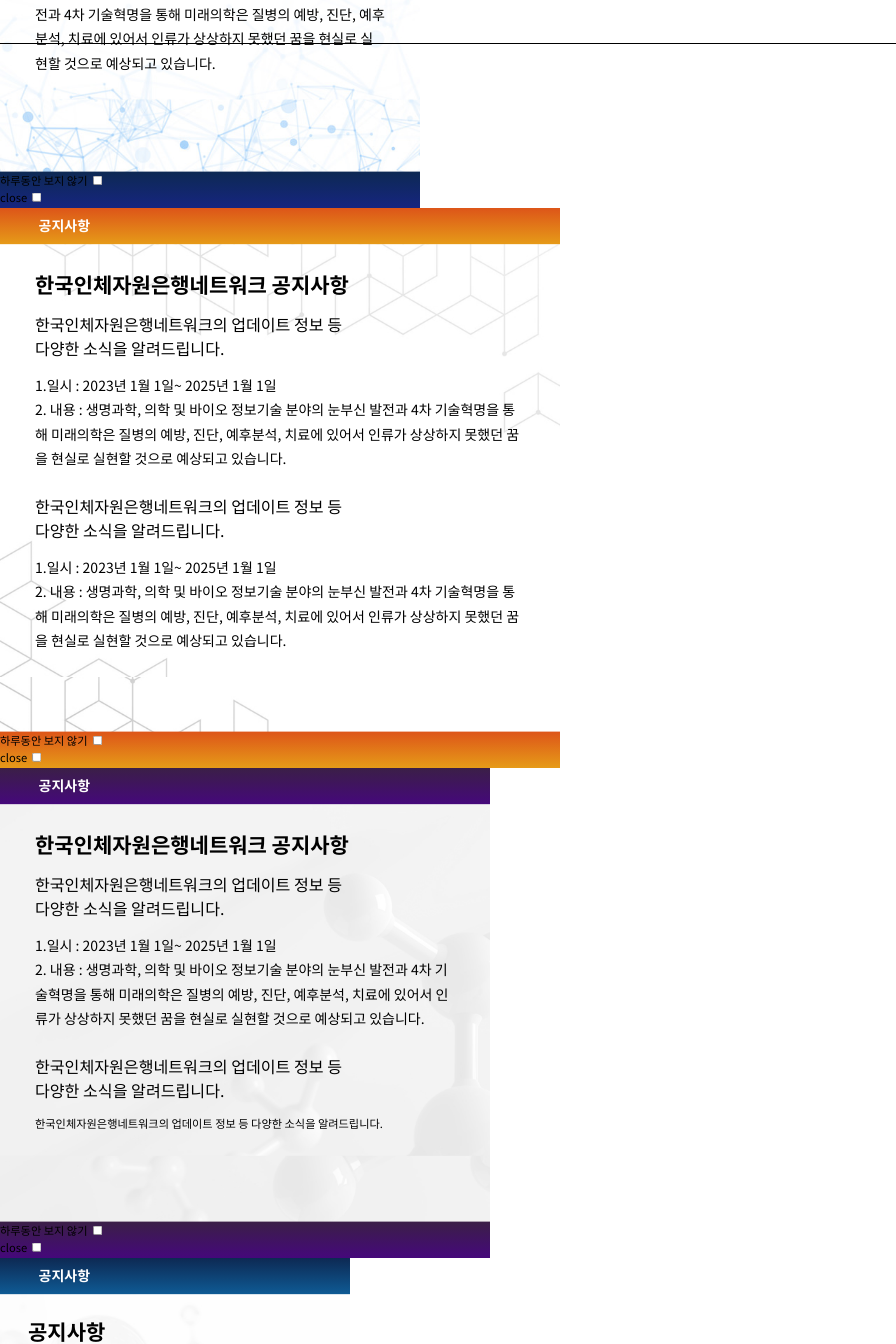
Repository: dlgywls1130/common_popup
Page: index.html
An editor plug-in stored every save of this project. The page is shown before and after the next save, followed by the edit.
The browser window is 1280 px wide. The pictures show the part of the page from y = 303 to 2223 px (the page is 2600 px tall), at 70% of full size.

Above is the page before, as saved 2023-10-26 00:01:43.

After the next save:
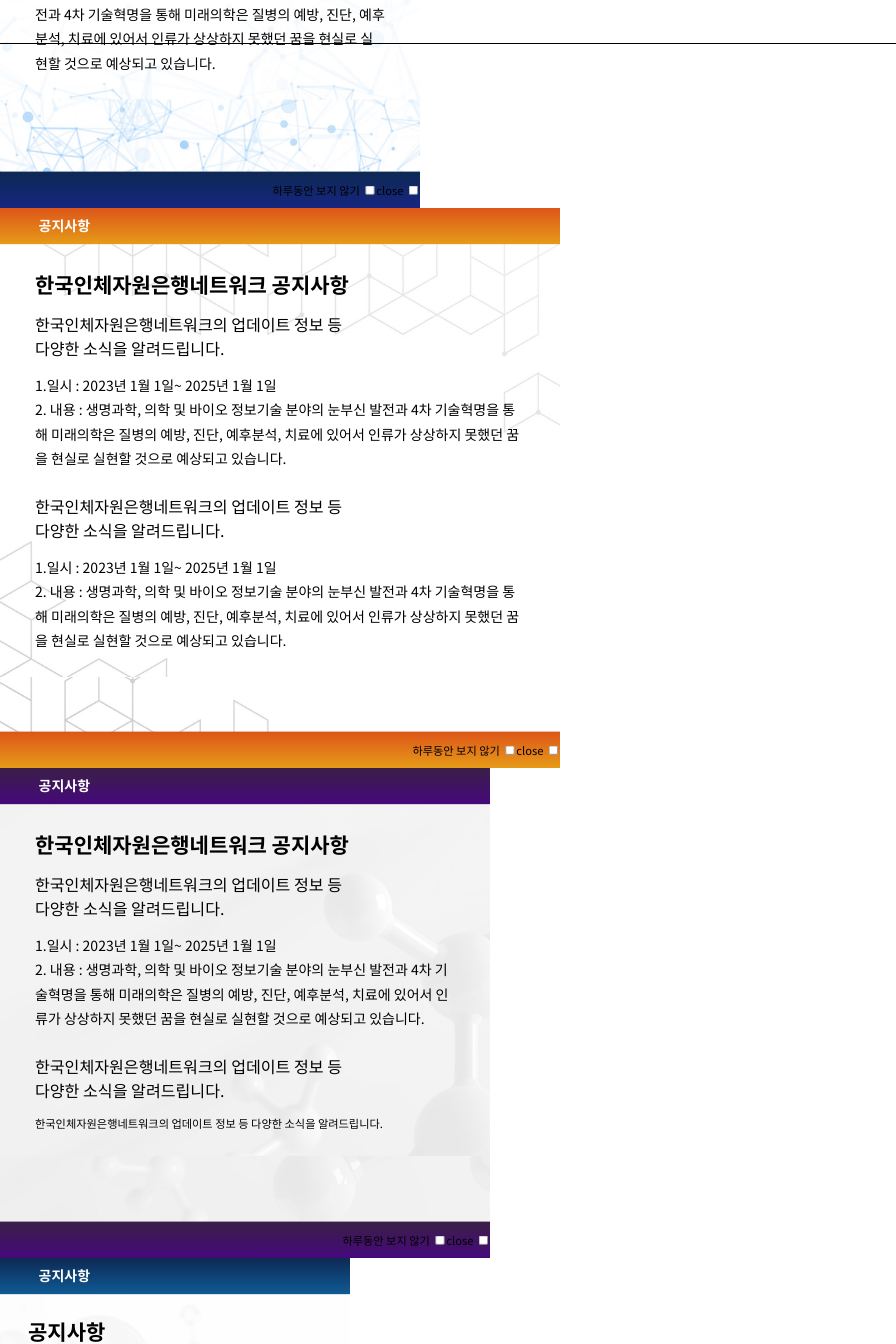
Saved 31 s later.
--- a/style.css
+++ b/style.css
@@ -110,6 +110,9 @@ time, mark, audio, video {
     left: 0;
     width: 100%;
     height: 52px;
+    display: flex;
+    align-items: center;
+    justify-content: flex-end;
 }
 
 .common_modal.blue .common_head,
